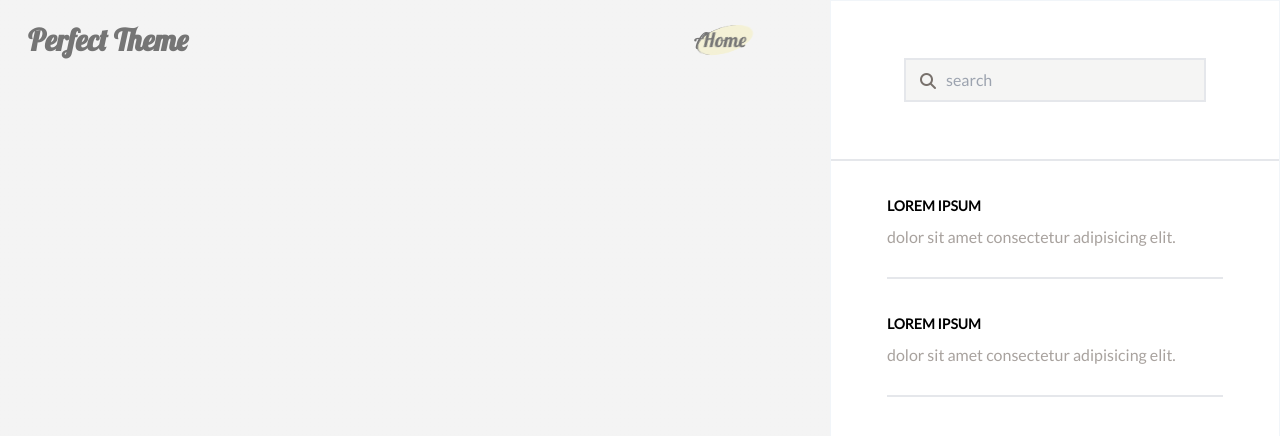
Repository: hsumyatm7308/laravel-blog
Page: blogweb/resources/views/blog/headerlayout.html
The author's editor kept a copy of each file at every save. The page is drawn from the files as they stood at one save, then again after the next save.
The browser window is 1280 px wide. The pictures show the whole page.
Some web libraries are served in a nearby version.

Above is the page before, as saved 2023-09-04 19:22:12.

### blogweb/resources/views/blog/headerlayout.html
<!DOCTYPE html>
<html>

<head>
    <title>@yield('title')</title>
    <script src="https://cdn.tailwindcss.com"></script>
    <link rel="stylesheet" href="https://cdnjs.cloudflare.com/ajax/libs/font-awesome/6.4.2/css/all.min.css">

</head>
<style>
    /* for nav  */
    @import url('https://fonts.googleapis.com/css2?family=Lobster&display=swap');
    /* for body  */
    @import url('https://fonts.googleapis.com/css2?family=Lato&display=swap');


    body {
        font-family: 'Lato', sans-serif;
    }

    nav {
        font-family: 'Lobster', cursive;
    }


    .container {
        width: 80%;
        height: auto;
        /* background-color: antiquewhite; */

        display: flex;
        justify-content: center;
        align-items: center;

        position: relative;


    }

    .navlabel {
        position: relative;
        /* background-color: aqua; */
    }

    .lictn {
        position: relative;
    }

    .skewtextctn,
    .skewtextctn2 {
        width: 50px;
        height: 30px;
        border-radius: 100%;
        border-left: 1px solid black;

        position: fixed;
        top: 25px;




        transform: skew(-40deg);

    }

    .skewtextctn {
        left: 700px;
    }

    .skewtextctn2 {
        left: 800px;
    }



    .article {
        position: fixed;
        left: 1px;

        top: 1px;
        transform: skew(40deg);

    }

    .skewtextctn:hover,
    .skewtextctn2:hover {
        transition: all .5s;
        background-color: rgb(51 65 85);
    }

    .skewtextctn:hover .article,
    .skewtextctn2:hover .article {
        color: #000;
    }
</style>

<body class="bg-[#ffff]">
    <nav class="w-[100vw] flex justify-center items-center">
        <h1 class="text-3xl font-semibold">Perfect Theme</h1>

        <div class="w-[80%] h-20 flex justify-center items-center container">
            <div class="flex justify-between items-center list-none navlabel">
                <li class="p-5 mr-4 lictn">
                    <div class="bg-yellow-100 skewtextctn">
                        <a href="" class="text-xl text-black article">Home</a>
                    </div>
                </li>

                <li class="p-5 mr-4">
                    <div class=" active">
                        <a href="" class="text-xl text-black ">Article</a>
                    </div>
                </li>
            </div>


        </div>

        <div class=" menu ">
            <span class="text-xs flex justify-center items-center flex-col">
                <div class="w-10 h-[2px] bg-black"></div>
                <span class="p-1 hover:self-end hover:text-yellow-500"> menu</span>
                <div class="w-10 h-[2px] bg-black font-semibold"></div>
            </span>
        </div>
    </nav>



    <div
        class="menu-modal w-screen bg-[linear-gradient(rgba(233,233,233,.5),rgba(233,233,233,.5))] h-screen absolute left-0 top-0">
        <div class="w-[450px] h-[100vh] bg-white absolute right-0 top-0 border border-slate-100">

            <div class="w-full h-40 border-b border-b-2 flex justify-center items-center">
                <form action="" method="post" class="relative">
                    <i class="fa-solid fa-magnifying-glass text-stone-500 absolute left-4 top-[15px]"></i>
                    <input type="search"
                        class="border-2 px-20 py-2 pl-10 bg-stone-100 font-thin focus:outline-none	focus:border focus:border-amber-300 focus:ring-1 focus:ring-amber-100"
                        placeholder="search">
                </form>
            </div>


            <div class="mt-4">
                <div class="px-14 py-4">
                    <li class="list-none border-b-2 pb-7">
                        <a href="" class="uppercase text-sm font-semibold">Lorem ipsum</a>
                        <p class="text-stone-400 mt-2">dolor sit amet consectetur adipisicing elit.</p>

                    </li>
                </div>

                <div class="px-14 py-4">
                    <li class="list-none border-b-2 pb-7">
                        <a href="" class="uppercase text-sm font-semibold">Lorem ipsum</a>
                        <p class="text-stone-400 mt-2">dolor sit amet consectetur adipisicing elit.</p>

                    </li>
                </div>
            </div>

        </div>

    </div>


    <script>
        var menu = document.querySelector('.menu');
        menu.addEventListener('click', function () {

        })
    </script>
</body>

</html>

After the next save:
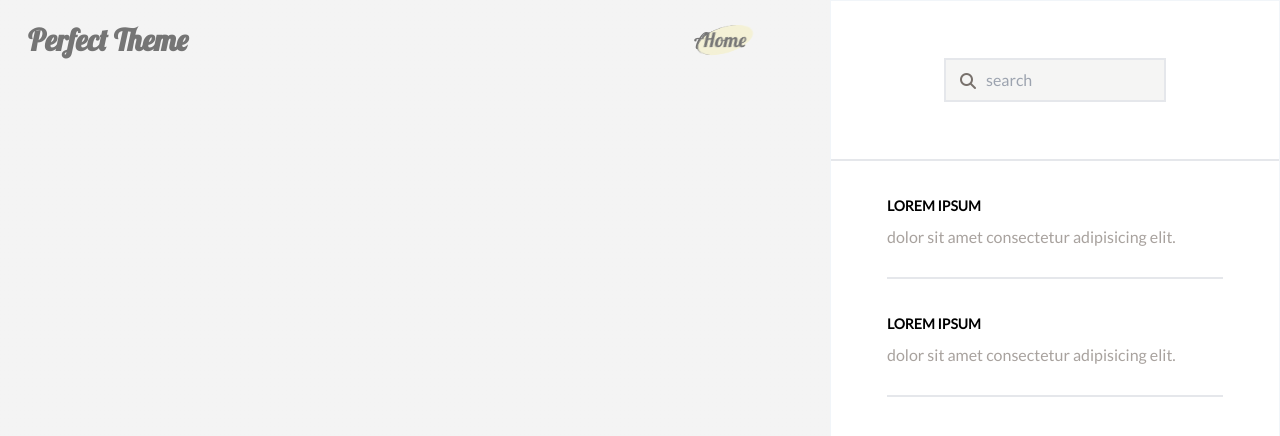
Saved 13 s later.
--- a/blogweb/resources/views/blog/headerlayout.html
+++ b/blogweb/resources/views/blog/headerlayout.html
@@ -135,7 +135,7 @@
                 <form action="" method="post" class="relative">
                     <i class="fa-solid fa-magnifying-glass text-stone-500 absolute left-4 top-[15px]"></i>
                     <input type="search"
-                        class="border-2 px-20 py-2 pl-10 bg-stone-100 font-thin focus:outline-none	focus:border focus:border-amber-300 focus:ring-1 focus:ring-amber-100"
+                        class="border-2 px-26 py-2 pl-10 bg-stone-100 font-thin focus:outline-none	focus:border focus:border-amber-300 focus:ring-1 focus:ring-amber-100"
                         placeholder="search">
                 </form>
             </div>
